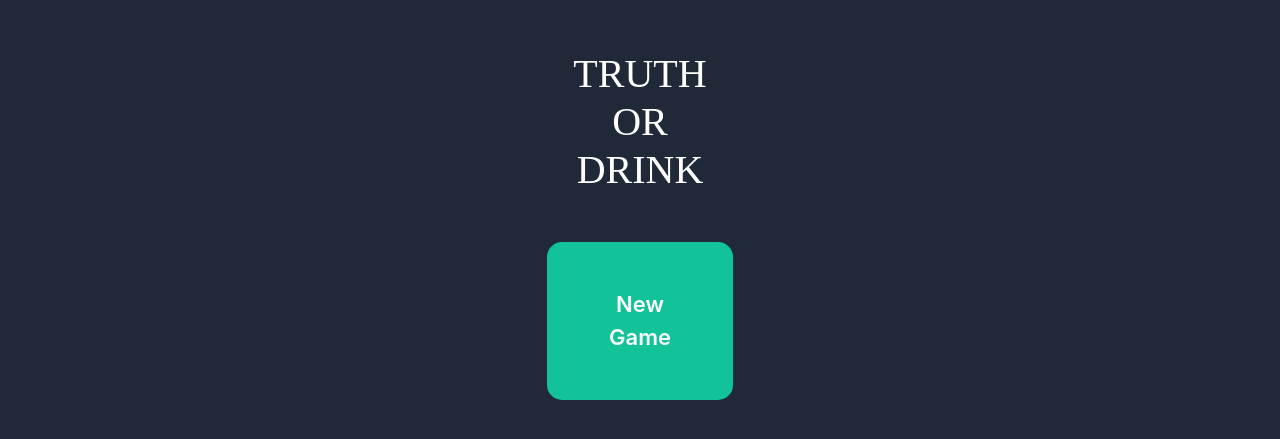
Repository: RafaelAshurov/TruthOrDrink
Page: /
The author's editor kept a copy of each file at every save. The page is drawn from the files as they stood at one save, then again after a run of saves.
The browser window is 1280 px wide. The pictures show the whole page.
Some web fonts or font styles are not loaded; a fallback is used. The project was rebuilt for these pictures with package versions that can differ from the ones it lists, and the page was loaded fresh each time. Also part of the build but not shown: src/helpers/questionsList.js, src/views/CategorySelect.vue, src/views/QuestionsPage.vue.

Above is the page before, as saved 2020-10-10 19:29:15.

After the next 3 saves:
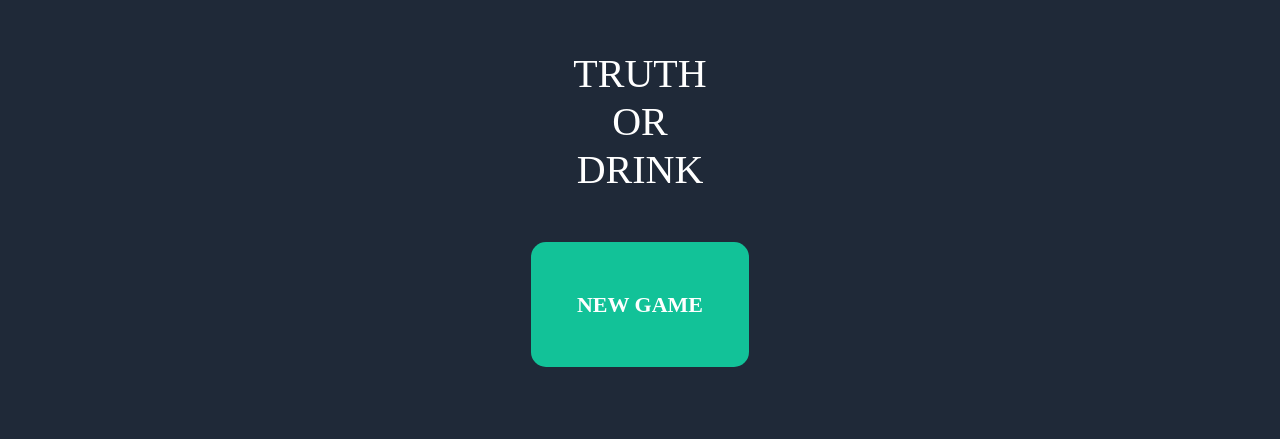
The 3 saves are shown as one change because 2 did not build or start.
The last was saved 114 s later.
--- a/src/App.vue
+++ b/src/App.vue
@@ -26,6 +26,15 @@
         font-family: "Chilanka", cursive !important;
         text-transform: uppercase;
     }
+    button.btn {
+        margin-top: 40px;
+        padding: 45px;
+        background-color: #12c298;
+        color: #ffffff;
+        font-size: 22px;
+        font-weight: 600;
+        border-radius: 15px;
+    }
 }
 body {
     background-color: #1f2938;
--- a/src/views/StartGame.vue
+++ b/src/views/StartGame.vue
@@ -7,7 +7,9 @@
                 drink
             </h1>
         </div>
-        <button @click="moveToCategpries()" type="button" class="btn btn-bg">New Game</button>
+        <button @click="moveToCategpries()" type="button" class="btn btn-bg capital-font">
+            New Game
+        </button>
     </div>
 </template>
 
@@ -31,14 +33,4 @@
         max-width: 240px;
     }
 }
-button.btn {
-    margin-top: 40px;
-    width: 90%;
-    padding: 45px;
-    background-color: #12c298;
-    color: #ffffff;
-    font-size: 22px;
-    font-weight: 600;
-    border-radius: 15px;
-}
 </style>
